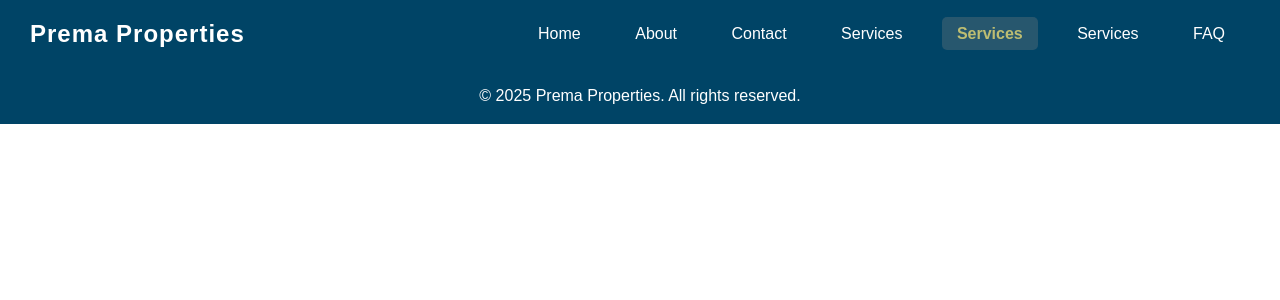
Repository: mnqobiMenzi/Prema-Properties
Page: appointment.html
An editor plug-in stored every save of this project. The page is shown before and after the next save, followed by the edit.
The browser window is 1280 px wide. The pictures show the whole page.

Above is the page before, as saved 2025-10-04 09:06:58.

### appointment.html
<!DOCTYPE html>
<html lang="en">
<head>
  <meta charset="UTF-8">
  <meta name="viewport" content="width=device-width, initial-scale=1.0">
  <title>Prema Properties</title>
  <link rel="stylesheet" href="CSS/style.css">
</head>
<body>

  <!-- Header / Navigation -->
  <header>
    <div class="logo">Prema Properties</div>
    <nav>
      <a href="index.html">Home</a>
      <a href="about-us.html">About</a>
      <a href="contact-us.html">Contact</a>
      <a href="services.html">Services</a>
      <a href="#appointment" class="active">Services</a>
      <a href="quote.html">Services</a>
      <a href="FAQ.html">FAQ</a>
    </nav>
  </header>


  <!-- Footer -->
  <footer>
    <p>© 2025 Prema Properties. All rights reserved.</p>
  </footer>

</body>
</html>

### CSS/style.css
* {
  margin: 0;
  padding: 0;
  box-sizing: border-box;
  font-family: Arial, sans-serif;
}

body {
  line-height: 1.6;
  color: #333;
}

/* Header */
header {
  position: sticky;
  top: 0;
  display: flex;
  justify-content: space-between;
  align-items: center;
  padding: 15px 30px;
  background: #004466;
  color: #fff;
  z-index: 1000;
}
header .logo {
  font-size: 1.5em;
  font-weight: 700;
  font-family: 'Poppins', sans-serif;
  color: #fff;
  letter-spacing: 1px;
  display: flex;
  align-items: center;
}
header nav a {
  margin: 0 10px;
  color: #fff;
  padding: 8px 15px;
  border-radius: 5px;
  text-decoration: none;
  font-weight: 500;
  font-family: 'Poppins', sans-serif;
  transition: color 0.3s ease, border-bottom 0.3s ease;
}

header nav a:hover {
  color: #fff;
  background: rgba(128, 128, 128, 0.3);
  padding-bottom: 3px;
  border: 3px solid #004466;
}
/* Active link */
header nav a.active {
  background: rgba(128, 128, 128, 0.3);
  font-weight: bold;
  color: rgb(189, 189, 114);
}
/* Hero */
.hero {
  background: url('https://source.unsplash.com/1600x600/?house,property') no-repeat center center/cover;
  color: white;
  text-align: center;
  padding: 100px 20px;
}
.hero h1 {
  font-size: 2.5em;
}
.hero .btn {
  display: inline-block;
  margin-top: 20px;
  padding: 10px 20px;
  background: #ff6600;
  color: white;
  border-radius: 5px;
  text-decoration: none;
}
.hero .btn:hover {
  background: #cc5200;
}

/* Sections */
section {
  padding: 50px 20px;
  text-align: center;
}
.services .service-list {
  display: grid;
  grid-template-columns: repeat(auto-fit, minmax(200px, 1fr));
  gap: 20px;
  margin-top: 20px;
}
.service {
  background: #f4f4f4;
  padding: 20px;
  border-radius: 10px;
}

/* Contact */
.contact form {
  display: flex;
  flex-direction: column;
  max-width: 400px;
  margin: auto;
}
.contact input, .contact textarea {
  margin-bottom: 15px;
  padding: 10px;
  border: 1px solid #ddd;
  border-radius: 5px;
}
.contact button {
  padding: 10px;
  border: none;
  background: #004466;
  color: white;
  cursor: pointer;
  border-radius: 5px;
}
.contact button:hover {
  background: #00334d;
}

/* Footer */
footer {
  background: #004466;
  color: #fff;
  text-align: center;
  padding: 15px;
}

After the next save:
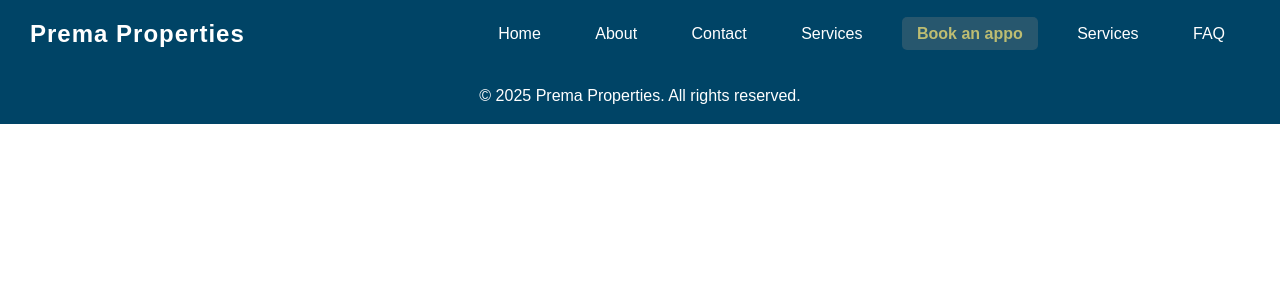
Saved 6 s later.
--- a/appointment.html
+++ b/appointment.html
@@ -16,7 +16,7 @@
       <a href="about-us.html">About</a>
       <a href="contact-us.html">Contact</a>
       <a href="services.html">Services</a>
-      <a href="#appointment" class="active">Services</a>
+      <a href="#appointment" class="active">Book an appo</a>
       <a href="quote.html">Services</a>
       <a href="FAQ.html">FAQ</a>
     </nav>
